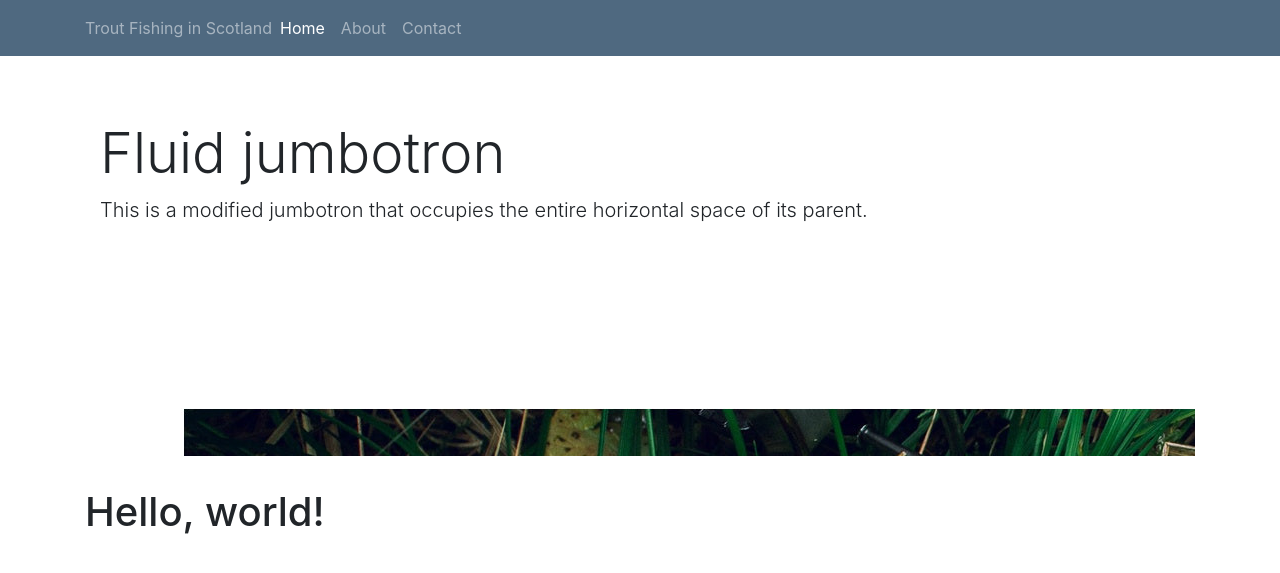
Repository: adrian9211/College_project
Page: index.html
An editor plug-in stored every save of this project. The page is shown before and after a run of saves, followed by the edit.
The browser window is 1280 px wide. The pictures show the whole page.

Above is the page before, as saved 2020-10-28 13:31:35.

After the next 5 saves:
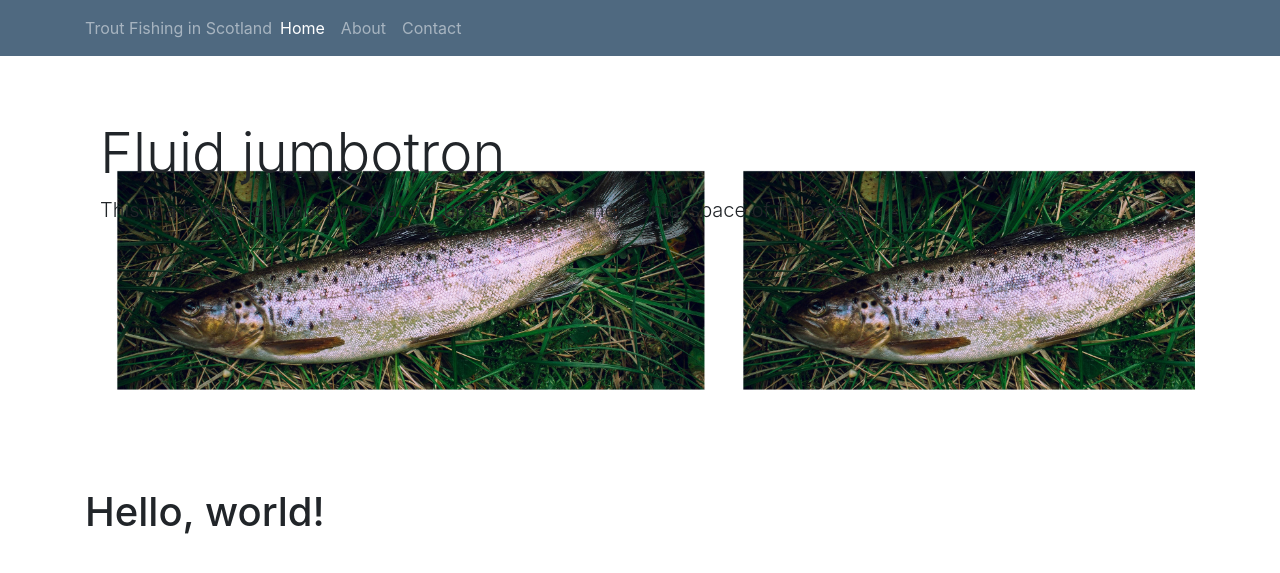
The 5 saves are shown as one change because they came seconds apart.
The last was saved 18 s later.
--- a/css/style.css
+++ b/css/style.css
@@ -1,5 +1,5 @@
 .jumbotron {
     background-image: url("../img/trout_jumbotron.jpg");
-    background-size: ;
+    background-size: contain;
     height: 400px;
 }

After the 2 saves that followed:
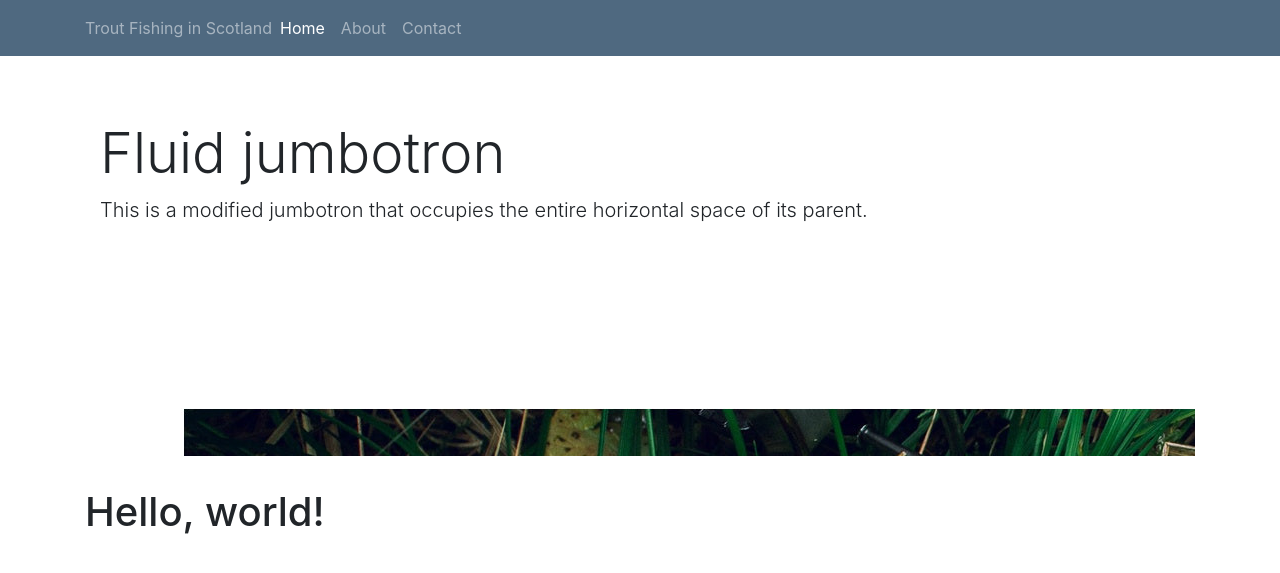
The 2 saves are shown as one change because they came seconds apart.
The last was saved 11 s later.
--- a/css/style.css
+++ b/css/style.css
@@ -1,5 +1,5 @@
 .jumbotron {
     background-image: url("../img/trout_jumbotron.jpg");
-    background-size: contain;
+    background-size: ;
     height: 400px;
 }
